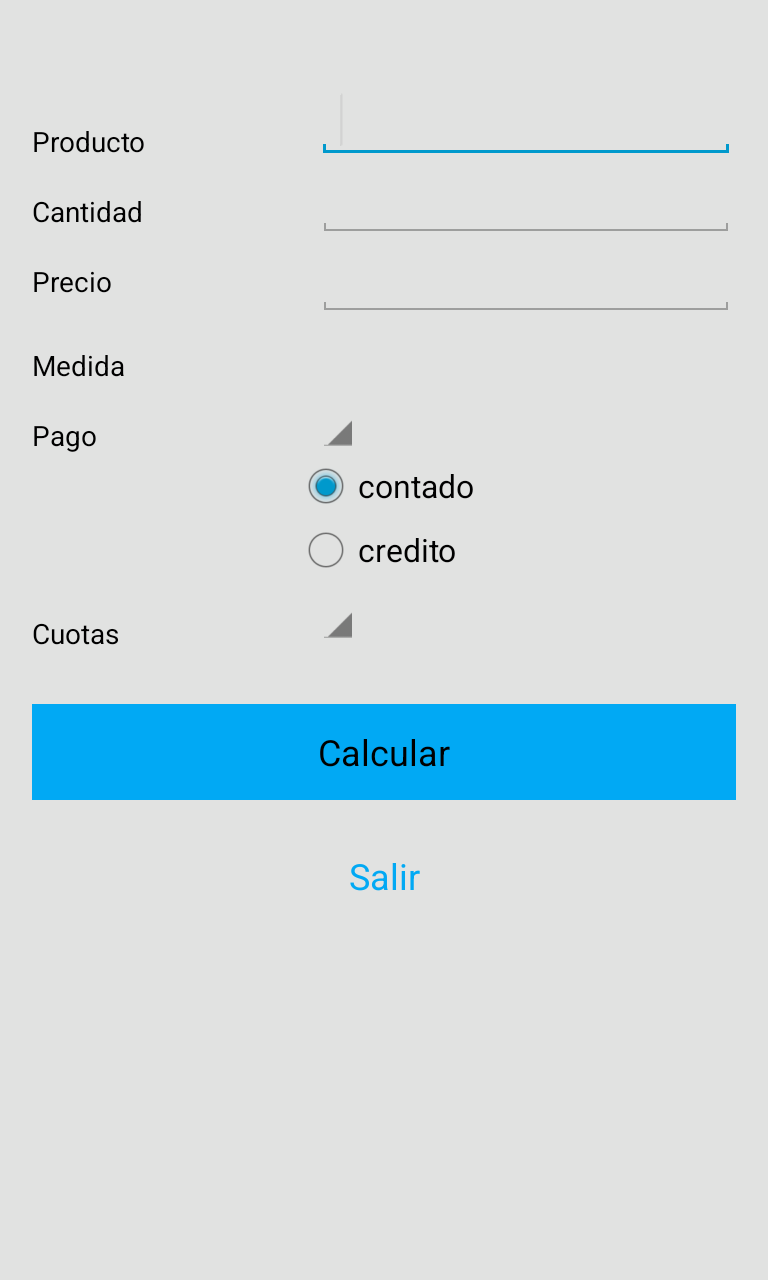
Repository: dev-lusaja/Clases-Android
Layout: Android.Trabajo_1/res/layout/activity_main.xml
These files come from the project's save history. The layout is drawn as it stood at one moment and after the next save; the edit follows.
It is drawn on a 768 x 1280 px phone screen (xhdpi) without system bars, with theme AppTheme; the app's code is not run.

Above is the layout before, as saved 2017-04-18 03:47:58.

After the next save:
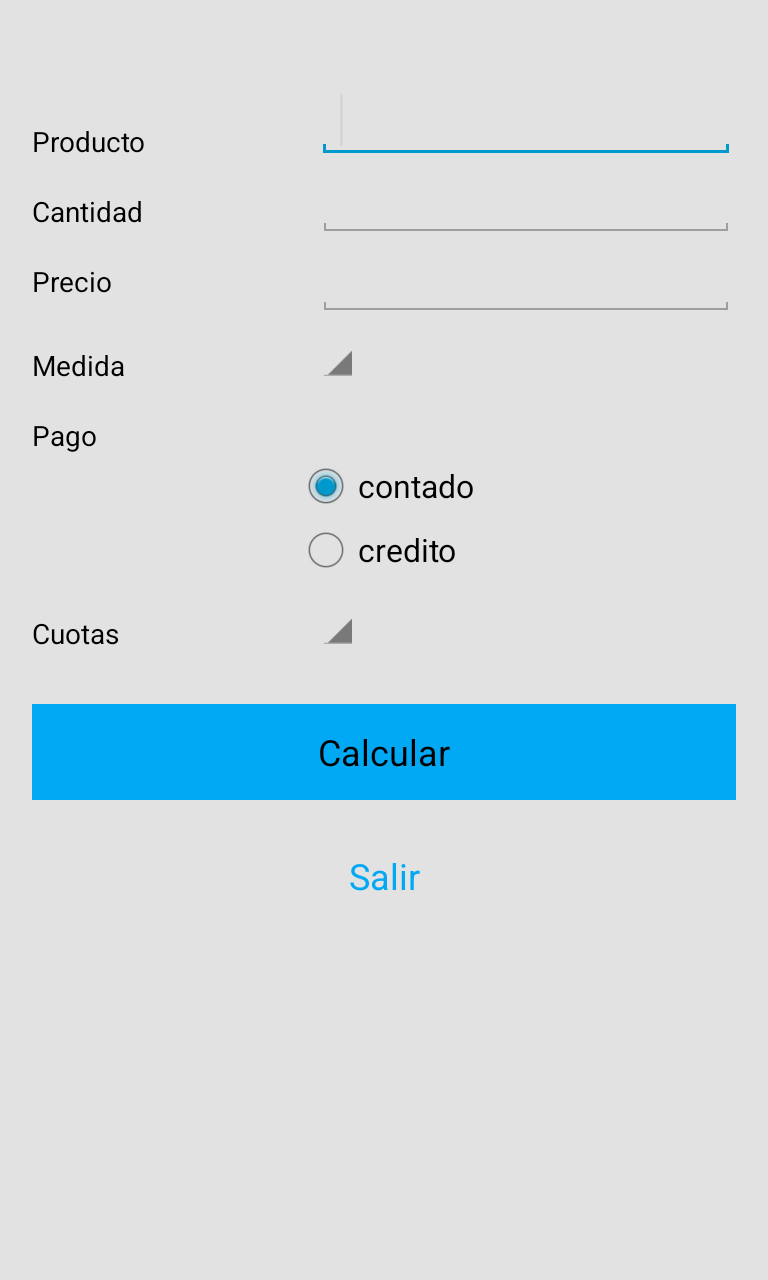
Saved 27 s later.
--- a/Android.Trabajo_1/res/layout/activity_main.xml
+++ b/Android.Trabajo_1/res/layout/activity_main.xml
@@ -66,7 +66,7 @@
         android:id="@+id/spnMedida"
         android:layout_width="wrap_content"
         android:layout_height="wrap_content"
-        android:layout_alignBottom="@+id/lblPago"
+        android:layout_above="@+id/lblPago"
         android:layout_alignLeft="@+id/txtPrecio"
         android:layout_below="@+id/txtPrecio"
         android:textColor="#000000" />
@@ -109,6 +109,7 @@
         android:id="@+id/spnCuotas"
         android:layout_width="wrap_content"
         android:layout_height="wrap_content"
+        android:layout_above="@+id/btnCalcular"
         android:layout_alignLeft="@+id/spnMedida"
         android:layout_below="@+id/radioGroup1"
         android:textColor="#000000" />
